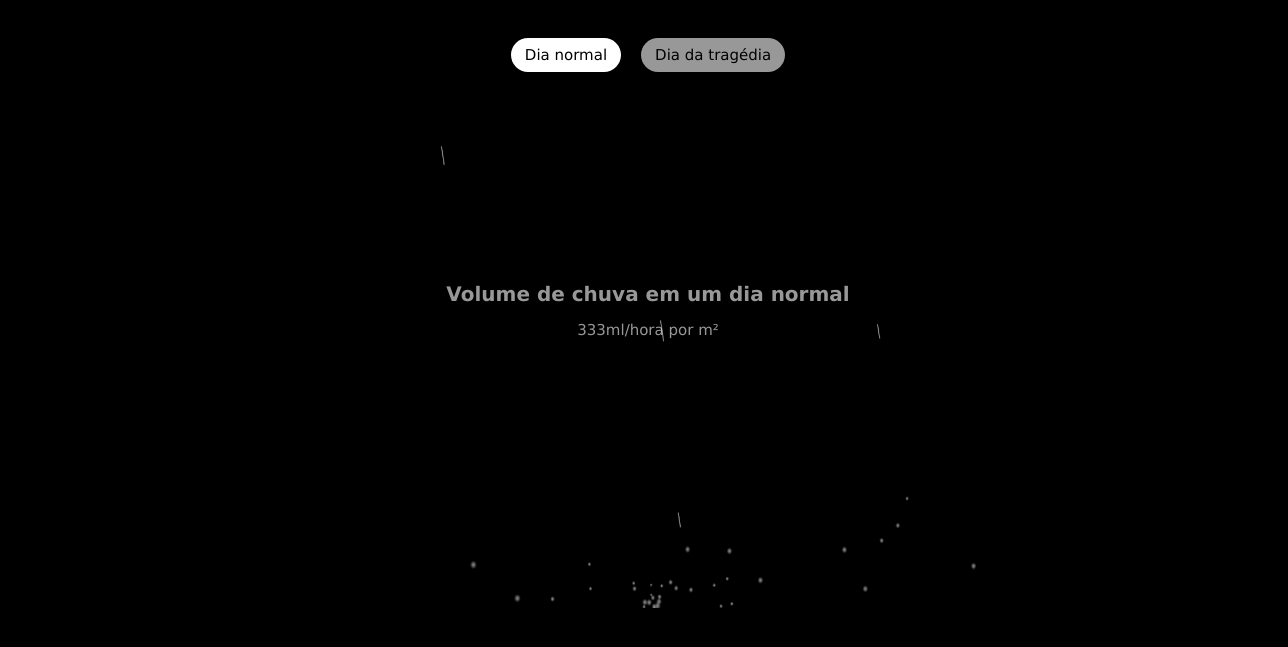
Repository: lucasthaynan/chuvas-estadao
Page: index.html
An editor plug-in stored every save of this project. The page is shown before and after the next save, followed by the edit.
The browser window is 1280 px wide. The page is 1288 px wide, so the pictures cover 1288 px, including what lies to the right of the window. The pictures show the whole page.

Above is the page before, as saved 2023-02-24 12:17:16.
Console error: ReferenceError: dat is not defined

### index.html
<!DOCTYPE html>
<html lang="en">
<head>
    <meta charset="UTF-8">
    <meta http-equiv="X-UA-Compatible" content="IE=edge">
    <meta name="viewport" content="width=device-width, initial-scale=1.0">
    <link rel="stylesheet" href="./style.css">

    <title>Document</title>
</head>
<body>


    <div>
        <!-- <h1>Texto teste</h1> -->
        <div class="btns">
            <button class="btn-normal active" onclick="clickNormal()">
                <p>Dia normal</p>
            </button>
            <button class="btn-tragedia" onclick="clickTragedia()">
                <p>Dia da tragédia</p>
            </button>
        </div>
    </div>
    <div id="instructions"></div>

        <canvas id="canvas">Canvas is not supported in your browser

        </canvas>

    <div class="text">
        <p class="destaque visible">Volume de chuva em um dia normal</p>
        <p class="volume visible">333ml/hora por m²</p>
    </div>


    <script src="./main.js"></script>
</body>
</html>

### style.css
/* html {
	position: absolute;
	width: 100%;
	height: 100%;
} */

body {
    background: -moz-linear-gradient(top,  rgb(0, 0, 0) 0%, rgb(0, 0, 0) 100%); /* FF3.6-15 */
    background: linear-gradient(to bottom,  rgb(0, 0, 0) 0%,rgba(0, 0, 0, 0.93) 100%);
    background: -webkit-linear-gradient(top,  rgb(0, 0, 0) 0%,rgb(0, 0, 0) 100%); /* Chrome10-25,Safari5.1-6 */
    /* background: linear-gradient(to bottom,  rgba(8,13,40,1) 0%,rgba(38,19,0,1) 100%); W3C, IE10+, FF16+, Chrome26+, Opera12+, Safari7+ */

    display: flex;
    flex-direction: column;

    width: 710px;
    height: 500px;

    position: relative;
    width: 100%;

}

canvas {
    width: 710px;
    height: 500px;

    left: 50%;

    position: absolute;
    transform: translateX(-50%);

    margin-top: 100px;

}

#instructions {
	opacity: 1;
	transition: opacity 2s;
	background-repeat: no-repeat;
	background-position: center center;
	background-size: contain;
	/* background-image: url(data:[embedded picture, 1818 characters]);
	 */

    width: 710px;
    height: 500px;

    left: 50%;

    position: absolute;
    transform: translateX(-50%);

    margin-top: 200px;

	@media (max-height: 400px) {
		display: none;
	}


}


.text {
    display: flex;
    justify-content: center;
    width: 100vw;
    height: 100%;
    /* align-content: center; */
    align-items: center;
    flex-direction: column;
    flex-wrap: nowrap;
    gap: 15px;
}

p {
    margin: 0;
    font-weight: 800;
    color: #989898;
    font-size: 20px;
    font-family:'Lucida Sans', 'Lucida Sans Regular', 'Lucida Grande', 'Lucida Sans Unicode', Geneva, Verdana, sans-serif;
}

p.volume {
    font-size: 15px;
    font-weight: 500;
}

/* div.btns p {
    transition: ;
} */

button.btn-normal.active,
button.btn-tragedia.active {
    background-color: #ffffff;
}

p.visible {
    visibility: visible;
    opacity: 1;
    transition: opacity 0.5s linear;
  }


p.hidden {
    visibility: hidden;
    opacity: 0;
    transition: visibility 0s 0.5s, opacity 0.5s linear;
}

div.btns {
    display: flex;
    flex-direction: row;
    align-items: center;
    justify-content: center;
    gap: 20px;
    padding-bottom: 40px;
    padding-top: 30px;
}

div.btns > button {
    background-color: #989898;
    padding: 8px 14px;
    border-radius: 999px;
    cursor: pointer;
    border: 0;
}

div.btns > button p {
    font-size: 15px;
    font-weight: 400;
    color: #000000;
}

h1 {
    color: #ffffff;
    left: 50%;

    position: absolute;
    transform: translateX(-50%);
}

### main.js
// Falling rain simulation using 2D canvas
// - vanilla JS, no frameworks
// - framerate independent physics
// - slow-mo / fast-forward support via demo.speed
// - supports high-DPI screens
// - falling rain particles are drawn as vector lines
// - splash particles are lazily pre-rendered so gradients aren't computed each frame
// - all particles make use of object pooling to further boost performance

// initialize


document.addEventListener("DOMContentLoaded", function() {

	demo.init();
	window.addEventListener('resize', demo.resize);


});

// demo namespace
var demo = {
	// CUSTOMIZABLE PROPERTIES
	// - physics speed multiplier: allows slowing down or speeding up simulation
	speed: 1,
	// - color of particles
	color: {
		r: '255',
		g: '255',
		b: '255',
		a: '0.5'
	},

	// END CUSTOMIZATION
	// whether demo is running
	started: false,
	// canvas and associated context references
	canvas: null,
	ctx: null,
	// viewport dimensions (DIPs)
	width: 0,
	height: 0,
	// devicePixelRatio alias (should only be used for rendering, physics shouldn't care)
	dpr: window.devicePixelRatio || 1,
	// time since last drop
	drop_time: 0,
	// ideal time between drops (changed with mouse/finger)
    drop_delay: 156,
	// drop_delay: 156,
	// wind applied to rain (changed with mouse/finger)
    wind: 5,
	// wind: 5,
	// color of rain (set in init)
	rain_color: null,
	rain_color_clear: null,
	// rain particles
	rain: [],
	rain_pool: [],
	// rain droplet (splash) particles
	drops: [],
	drop_pool: []
};

// demo initialization (should only run once)
demo.init = function() {

	if (!demo.started) {

		demo.started = true;
		demo.canvas = document.getElementById('canvas');
		demo.ctx = demo.canvas.getContext('2d');
		var c = demo.color;
		demo.rain_color = 'rgba(' + c.r + ',' + c.g + ',' + c.b + ',' + c.a + ')';
		demo.rain_color_clear = 'rgba(' + c.r + ',' + c.g + ',' + c.b + ',0)';
		demo.resize();
		Ticker.addListener(demo.step);

		//
		const gui = new dat.GUI();
		gui.add(demo, 'speed', 0.2, 2);

		// fade out instructions after a few seconds
		var instructions = document.getElementById('instructions');
		setTimeout(function() {
			instructions.style.opacity = 0;
			setTimeout(function(){
				instructions.parentNode.removeChild(instructions);
			}, 2000);
		}, 4000);
	}
}

// (re)size canvas (clears all particles)
demo.resize = function() {
	// localize common references
	var rain = demo.rain;
	var drops = demo.drops;
	// recycle particles
	for (var i = rain.length - 1; i >= 0; i--) {
			rain.pop().recycle();
	}
	for (var i = drops.length - 1; i >= 0; i--) {
			drops.pop().recycle();
	}
	// resize
	demo.width = window.innerWidth;
	demo.height = window.innerHeight;
	demo.canvas.width = demo.width * demo.dpr;
	demo.canvas.height = demo.height * demo.dpr;
}

demo.step = function(time, lag) {
	// localize common references
	var demo = window.demo;
	var speed = demo.speed;
	var width = demo.width;
	var height = demo.height;
	var wind = demo.wind;
	var rain = demo.rain;
	var rain_pool = demo.rain_pool;
	var drops = demo.drops;
	var drop_pool = demo.drop_pool;

	// multiplier for physics
	var multiplier = speed * lag;

	// spawn drops
	demo.drop_time += time * speed;
	while (demo.drop_time > demo.drop_delay) {
		demo.drop_time -= demo.drop_delay;
		var new_rain = rain_pool.pop() || new Rain();
		new_rain.init();
		var wind_expand = Math.abs(height / new_rain.speed * wind); // expand spawn width as wind increases
		var spawn_x = Math.random() * (width + wind_expand);
		if (wind > 0) spawn_x -= wind_expand;
		new_rain.x = spawn_x;
		rain.push(new_rain);
	}

	// rain physics
	for (var i = rain.length - 1; i >= 0; i--) {
		var r = rain[i];
		r.y += r.speed * r.z * multiplier;
		r.x += r.z * wind * multiplier;
		// remove rain when out of view
		if (r.y > height) {
			// if rain reached bottom of view, show a splash
			r.splash();
		}
		// recycle rain
		if (r.y > height + Rain.height * r.z || (wind < 0 && r.x < wind) || (wind > 0 && r.x > width + wind)) {
			r.recycle();
			rain.splice(i, 1);
		}
	}

	// splash drop physics
	var drop_max_speed = Drop.max_speed;
	for (var i = drops.length - 1; i >= 0; i--) {
		var d = drops[i];
		d.x += d.speed_x * multiplier;
		d.y += d.speed_y * multiplier;
		// apply gravity - magic number 0.3 represents a faked gravity constant
		d.speed_y += 0.3 * multiplier;
		// apply wind (but scale back the force)
		d.speed_x += wind / 25 * multiplier;
		if (d.speed_x < -drop_max_speed) {
			d.speed_x = -drop_max_speed;
		}else if (d.speed_x > drop_max_speed) {
			d.speed_x = drop_max_speed;
		}
		// recycle
		if (d.y > height + d.radius) {
			d.recycle();
			drops.splice(i, 1);
		}
	}

	demo.draw();
}

demo.draw = function() {
	// localize common references
	var demo = window.demo;
	var width = demo.width;
	var height = demo.height;
	var dpr = demo.dpr;
	var rain = demo.rain;
	var drops = demo.drops;
	var ctx = demo.ctx;

	// start fresh
	ctx.clearRect(0, 0, width*dpr, height*dpr);

	// draw rain (trace all paths first, then stroke once)
	ctx.beginPath();
	var rain_height = Rain.height * dpr;
	for (var i = rain.length - 1; i >= 0; i--) {
		var r = rain[i];
		var real_x = r.x * dpr;
		var real_y = r.y * dpr;
		ctx.moveTo(real_x, real_y);
		// magic number 1.5 compensates for lack of trig in drawing angled rain
		ctx.lineTo(real_x - demo.wind * r.z * dpr * 1.5, real_y - rain_height * r.z);
	}
	ctx.lineWidth = Rain.width * dpr;
	ctx.strokeStyle = demo.rain_color;
	ctx.stroke();

	// draw splash drops (just copy pre-rendered canvas)
	for (var i = drops.length - 1; i >= 0; i--) {
		var d = drops[i];
		var real_x = d.x * dpr - d.radius;
		var real_y = d.y * dpr - d.radius;
		ctx.drawImage(d.canvas, real_x, real_y);
	}
}


// Rain definition
function Rain() {
	this.x = 0;
	this.y = 0;
	this.z = 0;
	this.speed = 25;
	this.splashed = false;
}
Rain.width = 2;

// TAMANHO DAS GOSTAS DE CHUVA - 40 = PADRAO
Rain.height = 40;
Rain.prototype.init = function() {
	this.y = Math.random() * -100;

    // VELOCIDADE DE QUEDA DA CHUVA - 0.5 + 0.5 = PADRAO
	this.z = Math.random() * 0.5 + 0.5;
	this.splashed = false;
}
Rain.prototype.recycle = function() {
	demo.rain_pool.push(this);
}
// recycle rain particle and create a burst of droplets
Rain.prototype.splash = function() {
	if (!this.splashed) {
		this.splashed = true;
		var drops = demo.drops;
		var drop_pool = demo.drop_pool;

		for (var i=0; i<16; i++) {
			var drop = drop_pool.pop() || new Drop();
			drops.push(drop);
			drop.init(this.x);
		}
	}
}


// Droplet definition
function Drop() {
	this.x = 0;
	this.y = 0;
	this.radius = Math.round(Math.random() * 4 + 2) * demo.dpr;
	this.speed_x = 0;
	this.speed_y = 0;
	this.canvas = document.createElement('canvas');
	this.ctx = this.canvas.getContext('2d');

	// render once and cache
	var diameter = this.radius * 2;
	this.canvas.width = diameter;
	this.canvas.height = diameter;

	var grd = this.ctx.createRadialGradient(this.radius, this.radius , 1, this.radius, this.radius, this.radius);
	grd.addColorStop(0, demo.rain_color);
	grd.addColorStop(1, demo.rain_color_clear);
	this.ctx.fillStyle = grd;
	this.ctx.fillRect(0, 0, diameter, diameter);
}

// DISPERCAO DOS PINGOS NO CHAO
Drop.max_speed = 10;

Drop.prototype.init = function(x) {
	this.x = x;
	this.y = demo.height;
	var angle = Math.random() * Math.PI - (Math.PI * 0.5);
	var speed = Math.random() * Drop.max_speed;
	this.speed_x = Math.sin(angle) * speed;
	this.speed_y = -Math.cos(angle) * speed;
}
Drop.prototype.recycle = function() {
	demo.drop_pool.push(this);
}




// handle interaction
demo.mouseHandler = function(evt) {
	demo.updateCursor(evt.clientX, evt.clientY);
}
demo.touchHandler = function(evt) {
	evt.preventDefault();
	var touch = evt.touches[0];
	demo.updateCursor(touch.clientX, touch.clientY);
}
demo.updateCursor = function(x, y) {
	x /= demo.width;
	y /= demo.height;
	var y_inverse = (1 - y);

	demo.drop_delay = y_inverse*y_inverse*y_inverse * 100 + 2;
	demo.wind = (x - 0.5) * 50;
}

// document.addEventListener('mousemove', demo.mouseHandler);
// document.addEventListener('touchstart', demo.touchHandler);
// document.addEventListener('touchmove', demo.touchHandler);



// Frame ticker helper module
var Ticker = (function(){
	var PUBLIC_API = {};

	// public
	// will call function reference repeatedly once registered, passing elapsed time and a lag multiplier as parameters
	PUBLIC_API.addListener = function addListener(fn) {
		if (typeof fn !== 'function') throw('Ticker.addListener() requires a function reference passed in.');

		listeners.push(fn);

		// start frame-loop lazily
		if (!started) {
			started = true;
			queueFrame();
		}
	};

	// private
	var started = false;
	var last_timestamp = 0;
	var listeners = [];
	// queue up a new frame (calls frameHandler)
	function queueFrame() {
		if (window.requestAnimationFrame) {
			requestAnimationFrame(frameHandler);
		} else {
			webkitRequestAnimationFrame(frameHandler);
		}
	}
	function frameHandler(timestamp) {
		var frame_time = timestamp - last_timestamp;
		last_timestamp = timestamp;
		// make sure negative time isn't reported (first frame can be whacky)
		if (frame_time < 0) {
			frame_time = 17;
		}
		// - cap minimum framerate to 15fps[~68ms] (assuming 60fps[~17ms] as 'normal')
		else if (frame_time > 68) {
			frame_time = 68;
		}

		// fire custom listeners
		for (var i = 0, len = listeners.length; i < len; i++) {
			listeners[i].call(window, frame_time, frame_time / 16.67);
		}

		// always queue another frame
		queueFrame();
	}

	return PUBLIC_API;
}());

// ATIVANDO BOTOES PARA MUDAR VOLUME DA CHUVA

// window.onload=function() {

// 	let btnNormal = document.querySelector("div.btn-normal")
// 	let btnTragedia = document.querySelector("div.btn-tragedia")

// 	btnNormal.addEventListener("click", e => {
// 		demo.drop_delay = 156
// 		demo.wind = 5
// 		console.log("normal")
// 	})

// 	btnTragedia.addEventListener("click", e => {
// 		demo.drop_delay = 2.5
// 		demo.wind = 15
// 		console.log("tragedia")
// 	})

// }

function clickTragedia(){

		document.querySelector("button.btn-normal").classList.remove("active")
		document.querySelector("button.btn-tragedia").classList.add("active")

		document.querySelector("p.destaque").classList.add("hidden")
		document.querySelector("p.volume").classList.add("hidden")

		setTimeout(() => {
			document.querySelector("p.destaque").innerHTML = "Volume de chuva no dia da tragédia"
			document.querySelector("p.volume").innerHTML = "26,5 litros/hora por m²"

			document.querySelector("p.destaque").classList.remove("hidden");
			document.querySelector("p.volume").classList.remove("hidden");
		  }, 500)



		demo.drop_delay = 2.5
		demo.wind = 15
		console.log("tragedia")
	}

function clickNormal(){

		// document.querySelector("button .btn-tragedia").style.background = "#797979"

		document.querySelector("button.btn-normal").classList.add("active")
		document.querySelector("button.btn-tragedia").classList.remove("active")

		document.querySelector("p.destaque").classList.add("hidden")
		document.querySelector("p.volume").classList.add("hidden")

		setTimeout(() => {
			document.querySelector("p.destaque").innerHTML = "Volume de chuva em um dia normal"
			document.querySelector("p.volume").innerHTML = "333ml/hora por m²"

			document.querySelector("p.destaque").classList.remove("hidden");
			document.querySelector("p.volume").classList.remove("hidden");
		  }, 500)



		demo.drop_delay = 156
		demo.wind = 5
		console.log("normal")
	}


// let btnNormal = document.querySelector("div.btn-normal")
// 	let btnTragedia = document.querySelector("div.btn-tragedia")

// 	btnNormal.addEventListener("click", e => {
// 		console.log("normal")
// 		demo.drop_delay = 156
// 		demo.wind = 5
// 		console.log("normal")
// 	})

// 	btnTragedia.addEventListener("click", e => {
// 		console.log("tragedia")
// 		demo.drop_delay = 2.5
// 		demo.wind = 15
// 		console.log("tragedia")
// 	})

After the next save:
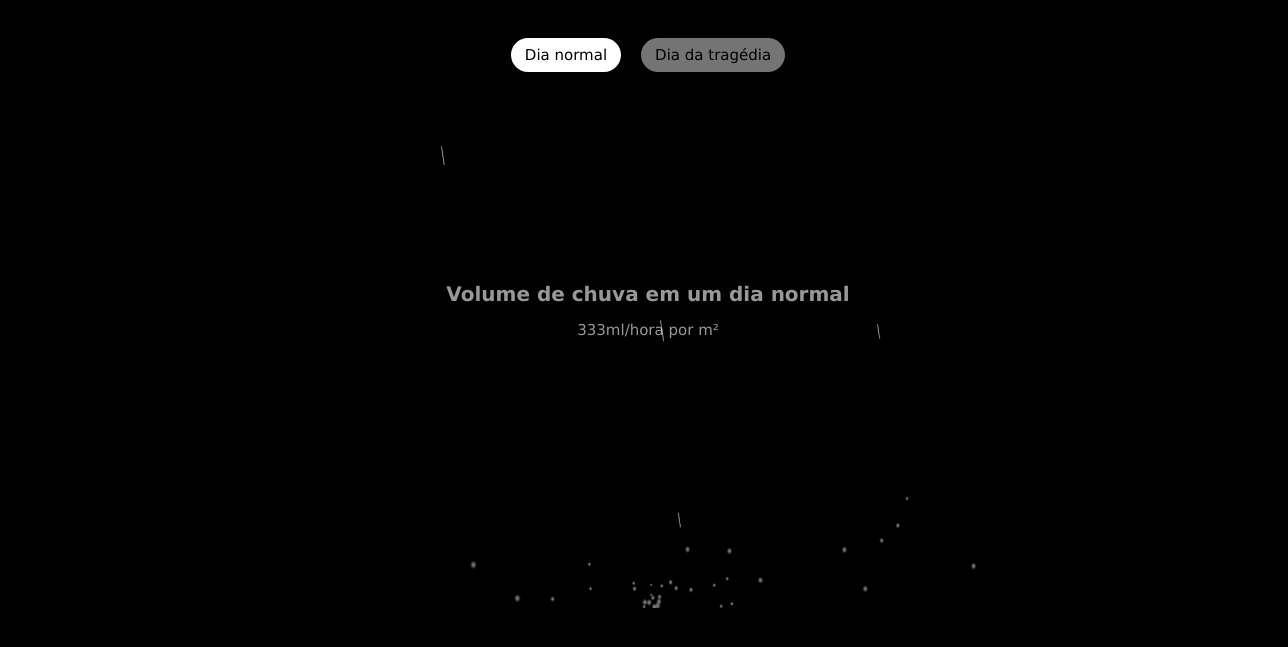
Saved 102 s later.
--- a/style.css
+++ b/style.css
@@ -119,7 +119,7 @@ div.btns {
 }
 
 div.btns > button {
-    background-color: #989898;
+    background-color: #747474;
     padding: 8px 14px;
     border-radius: 999px;
     cursor: pointer;
